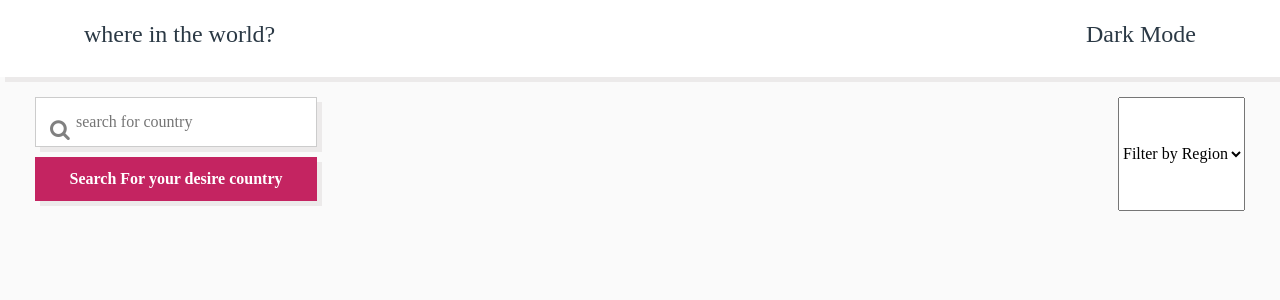
Repository: lamilekan263/countries
Page: /
The author's editor kept a copy of each file at every save. The page is drawn from the files as they stood at one save, then again after the next save.
The browser window is 1280 px wide. The pictures show the whole page.
The page's requests for data from a server got no answer. The project was rebuilt for these pictures with package versions that can differ from the ones it lists, and the page was loaded fresh each time. No one was signed in, and anything a server would have sent is missing. Also part of the build but not shown: src/components/country/country.css, src/components/country/country.jsx, src/components/selectCountryRegion/selectCountryRegion.styles.css, src/components/selectCountryRegion/selectCountryRegion.component.jsx.

Above is the page before, as saved 2020-07-30 16:39:21.

After the next save:
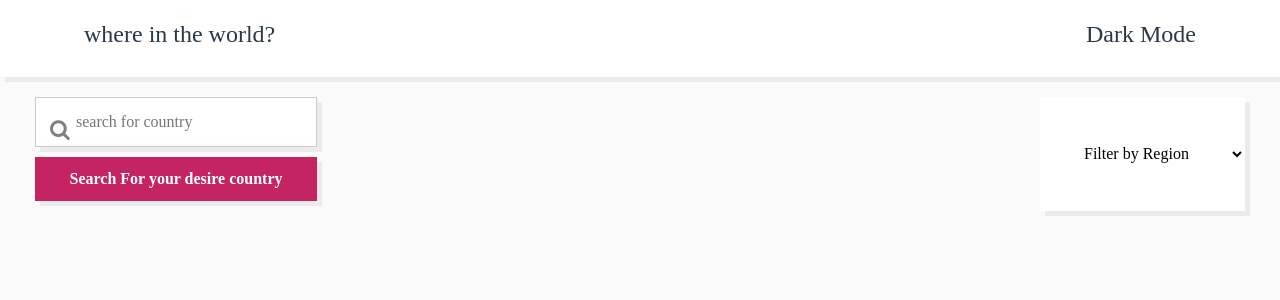
Saved 6 s later.
--- a/src/components/form.component/form.styles.css
+++ b/src/components/form.component/form.styles.css
@@ -18,3 +18,12 @@ button{
     font-size:1rem;
     box-shadow:5px 5px rgb(236, 234, 234);
 }
+select{
+    padding: 12px 40px;
+    border: none;
+    background-color: #fff;
+    box-shadow:5px 5px rgb(236, 234, 234);
+}
+select ::after{
+    padding:10px;
+}
